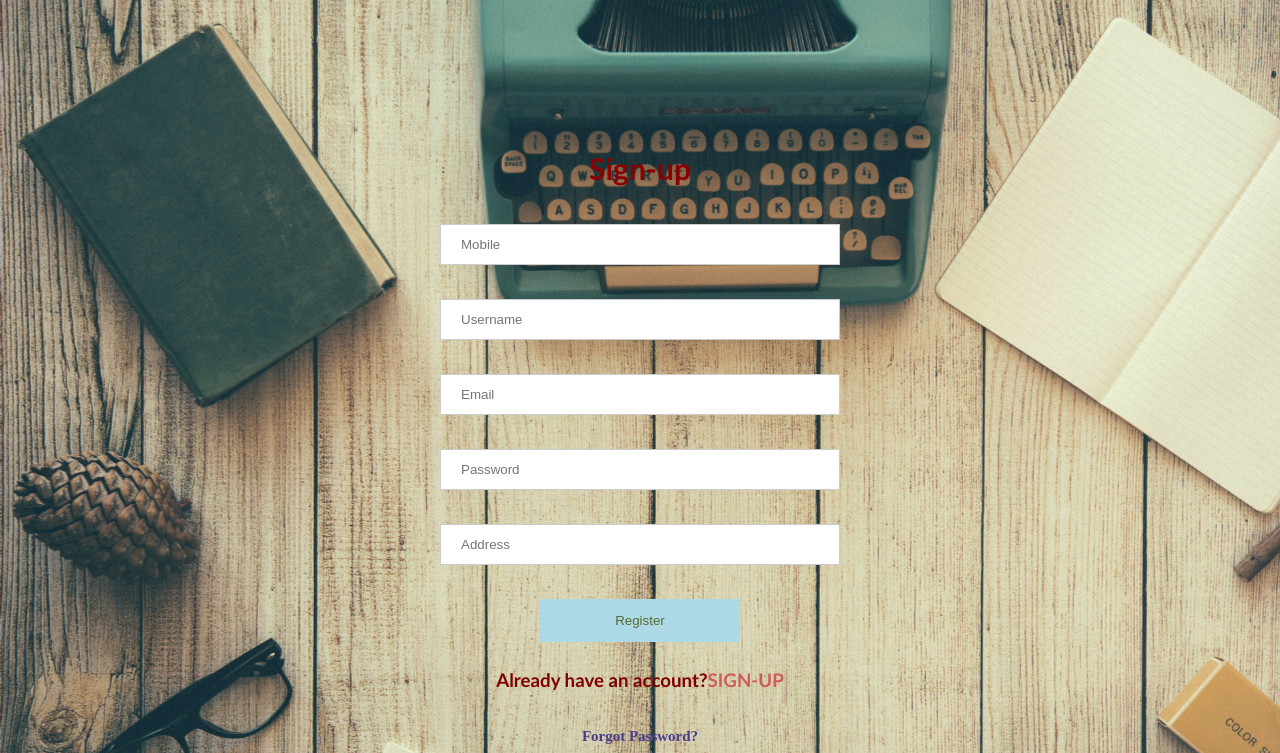
Repository: NAYAN9534/vehicle-booking-system
Page: http://localhost/minor/userlogin.jsp
These files come from the project's save history. The page is drawn as it stood at one moment and after the next save; the edit follows.
The browser window is 1280 px wide. The pictures show the whole page.
The page is served by Tomcat 9.

Above is the page before, as saved 2017-05-25 07:52:15.

After the next save:
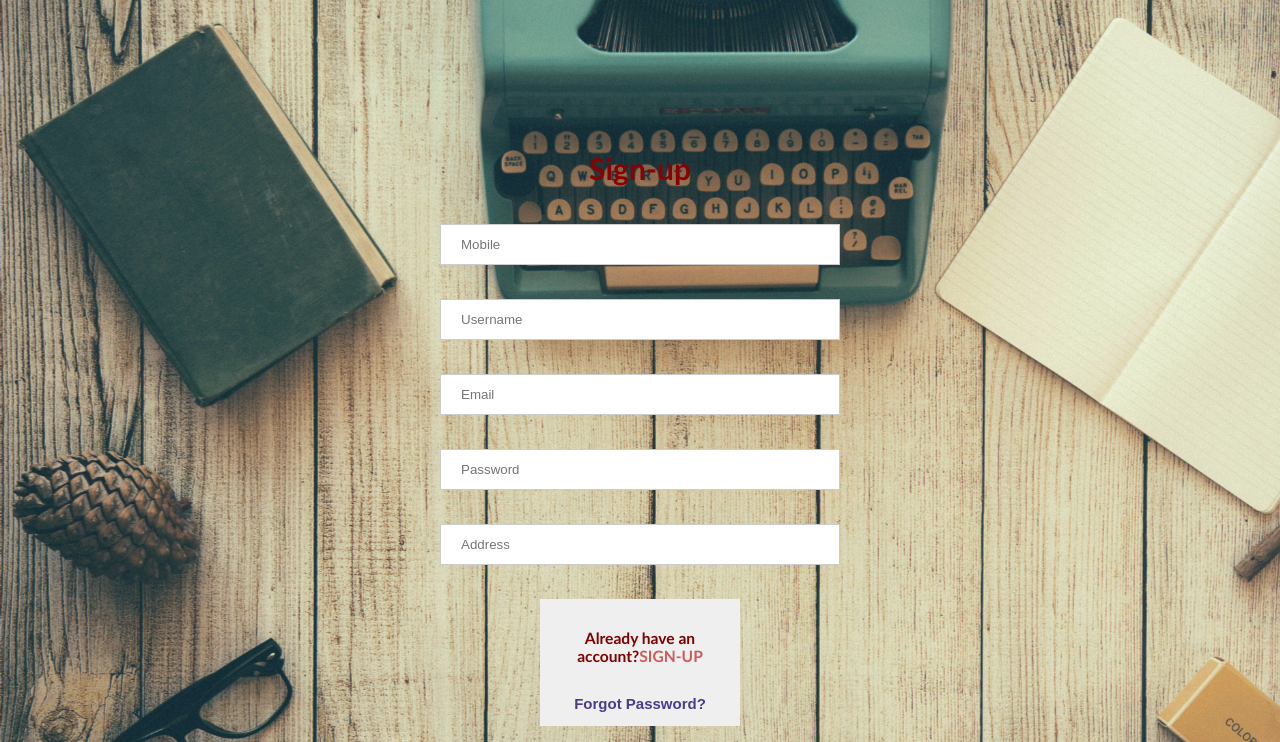
Saved 2 min 11 s later.
--- a/minor/WebContent/userlogin.jsp
+++ b/minor/WebContent/userlogin.jsp
@@ -79,7 +79,7 @@ body {
 
 
 
-	<button type="button" onclick="document.getElementById('id01').style.display='none'" class="regbtn">Register</button>
+	<button type="submit" Register</button>
 
 </form>
 
